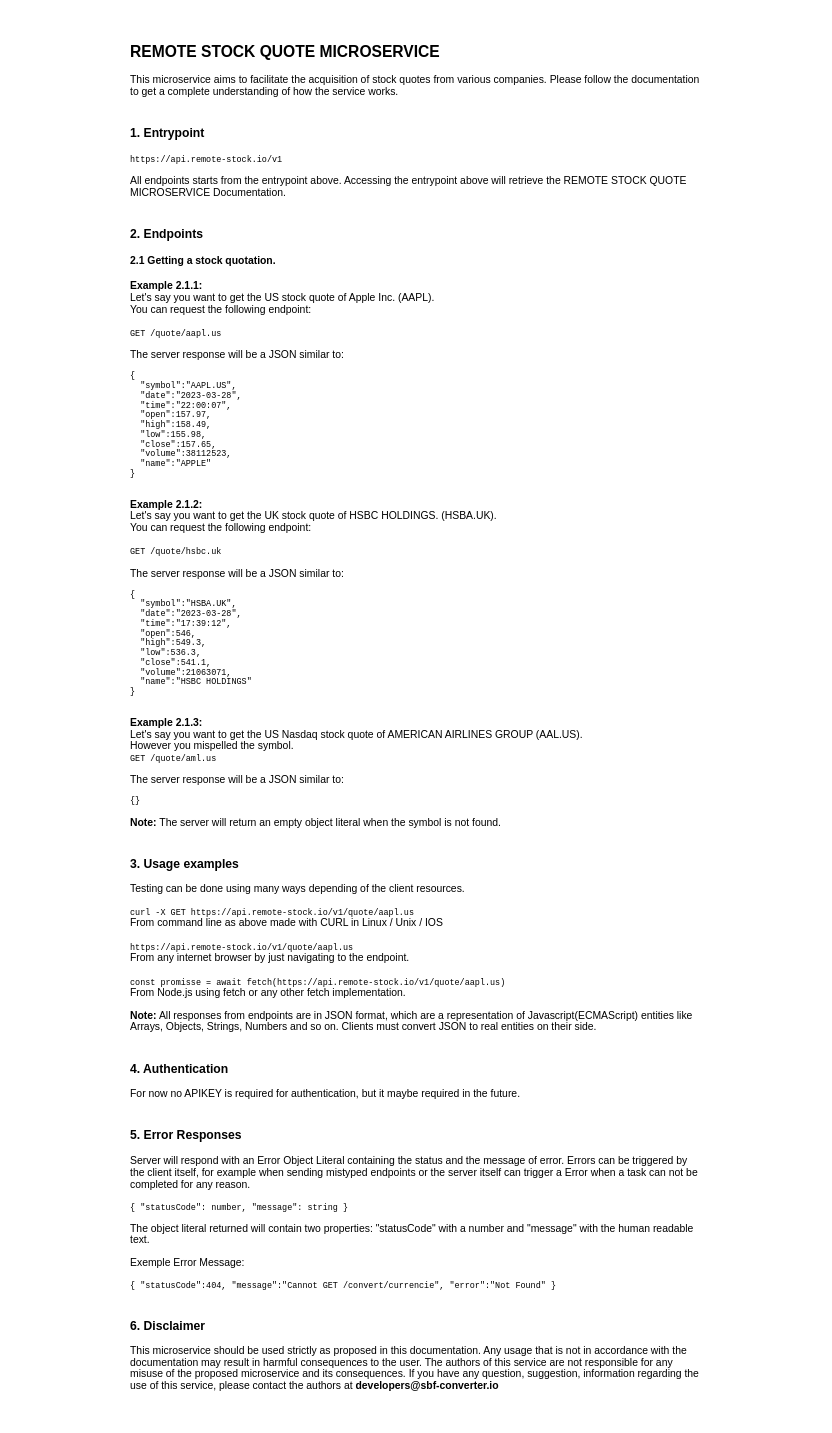
Repository: miguelamello/nest-js
Page: api-service/documentation.html
An editor plug-in stored every save of this project. The page is shown before and after a run of saves, followed by the edit.
The browser window is 1280 px wide. The pictures show the whole page, at 65% of full size.

Above is the page before, as saved 2023-03-28 18:39:12.

### api-service/documentation.html
<!DOCTYPE html>
<html lang="en">
<head>
  <meta charset="UTF-8">
  <meta http-equiv="X-UA-Compatible" content="IE=edge">
  <meta name="viewport" content="width=device-width, initial-scale=1.0">
  <title>REMOTE STOCK QUOTE MICROSERVICE</title>
  <style>
    body {
      font-family: Arial, Helvetica, sans-serif;
      padding: 3% 15%;
    }
    h3 {
      margin-top: 5%;
    }
    pre {
      margin: 0;
    }
  </style>
</head>
<body>
  <h2>REMOTE STOCK QUOTE MICROSERVICE</h2>
  <p>
    This microservice aims to facilitate the acquisition of stock quotes from various companies.
    Please follow the documentation to get a complete understanding of how the service works.
  </p>

  <h3>1. Entrypoint</h3>
  <code>https://api.remote-stock.io/v1</code>
  <p>
    All endpoints starts from the entrypoint above. Accessing the entrypoint
    above will retrieve the REMOTE STOCK QUOTE MICROSERVICE Documentation.
  </p>

  <h3>2. Endpoints</h3>

  <h4>2.1 Getting a stock quotation.</h4>

  <p>
    <div><b>Example 2.1.1:</b></div>
    <div>Let's say you want to get the US stock quote of Apple Inc. (AAPL).</div>
    <div>You can request the following endpoint:</div><br>
    <code>GET /quote/aapl.us</code>

    <p>The server response will be a JSON similar to:</p>

    <pre>
{
  "symbol":"AAPL.US",
  "date":"2023-03-28",
  "time":"22:00:07",
  "open":157.97,
  "high":158.49,
  "low":155.98,
  "close":157.65,
  "volume":38112523,
  "name":"APPLE"
}
    </pre>
  </p>
  <p>
    <div><b>Example 2.1.2:</b></div>
    <div>Let's say you want to get the UK stock quote of HSBC HOLDINGS. (HSBA.UK).</div>
    <div>You can request the following endpoint:</div><br>
    <code>GET /quote/hsbc.uk</code>

    <p>The server response will be a JSON similar to:</p>

    <pre>
{
  "symbol":"HSBA.UK",
  "date":"2023-03-28",
  "time":"17:39:12",
  "open":546,
  "high":549.3,
  "low":536.3,
  "close":541.1,
  "volume":21063071,
  "name":"HSBC HOLDINGS"
}
    </pre>
  </p>

  <p>
    <div><b>Example 2.1.3:</b></div>
    <div>Let's say you want to get the US Nasdaq stock quote of AMERICAN AIRLINES GROUP (AAL.US).</div>
    <div>However you mispelled the symbol.</div>
    <code>GET /quote/aml.us</code>

    <p>The server response will be a JSON similar to:</p>

    <pre>{}</pre>

    <p>
      <b>Note:</b> The server will return an empty object literal when the symbol is not found.
    </p>
  </p>

  <h3>3. Usage examples</h3>

  <p>Testing can be done using many ways depending of the client resources.</p>

  <code>curl -X GET https://api.remote-stock.io/v1/quote/aapl.us</code>
  <div>From command line as above made with CURL in Linux / Unix / IOS</div>
  <br>
  <code>https://api.remote-stock.io/v1/quote/aapl.us</code>
  <div>From any internet browser by just navigating to the endpoint.</div>
  <br>
  <code>const promisse = await fetch(https://api.remote-stock.io/v1/quote/aapl.us)</code>
  <div>From Node.js using fetch or any other fetch implementation.</div>

  <p>
    <b>Note:</b> All responses from endpoints are in JSON format, which are a
    representation of Javascript(ECMAScript) entities like Arrays, Objects,
    Strings, Numbers and so on. Clients must convert JSON to real entities
    on their side.
  </p>

  <h3>4. Authentication</h3>
  <p>For now no APIKEY is required for authentication, but it maybe required in the future.</p>

  <h3>5. Error Responses</h3>

  <p>
    Server will respond with an Error Object Literal containing
    the status and the message of error. Errors can be triggered
    by the client itself, for example when sending mistyped endpoints
    or the server itself can trigger a Error when a
    task can not be completed for any reason.
  </p>

  <p>
    <code>{ "statusCode": number, "message": string }</code><br>
    <div>
      The object literal returned will contain two properties:
      "statusCode" with a number and "message" with the human readable text.
    </div>
  </p>

  <p>Exemple Error Message:</p>
  <p>
    <code>
      { "statusCode":404, "message":"Cannot GET /convert/currencie", "error":"Not Found" }
    </code>
  </p>

  <h3>6. Disclaimer</h3>
  <p>
    This microservice should be used strictly as proposed in this documentation.
    Any usage that is not in accordance with the documentation may result in harmful
    consequences to the user. The authors of this service are not responsible for
    any misuse of the proposed microservice and its consequences. If you have any question,
    suggestion, information regarding the use of this service, please contact
    the authors at <b>developers@sbf-converter.io</b>
  </p>

</body>
</html>

After the next 2 saves:
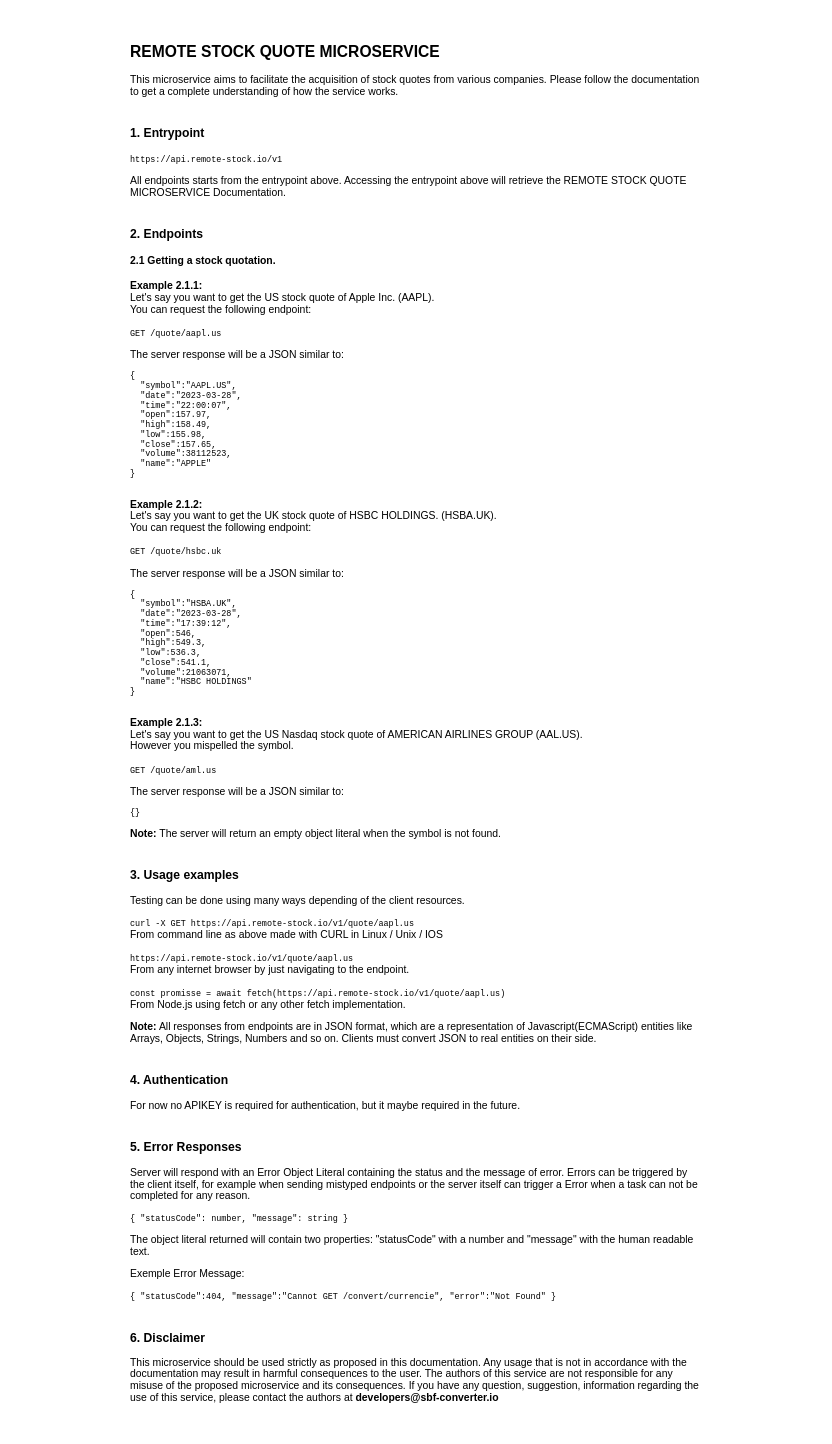
The 2 saves are shown as one change because they came seconds apart.
The last was saved 26 s later.
--- a/api-service/documentation.html
+++ b/api-service/documentation.html
@@ -84,7 +84,7 @@
   <p>
     <div><b>Example 2.1.3:</b></div>
     <div>Let's say you want to get the US Nasdaq stock quote of AMERICAN AIRLINES GROUP (AAL.US).</div>
-    <div>However you mispelled the symbol.</div>
+    <div>However you mispelled the symbol.</div><br>
     <code>GET /quote/aml.us</code>
 
     <p>The server response will be a JSON similar to:</p>
